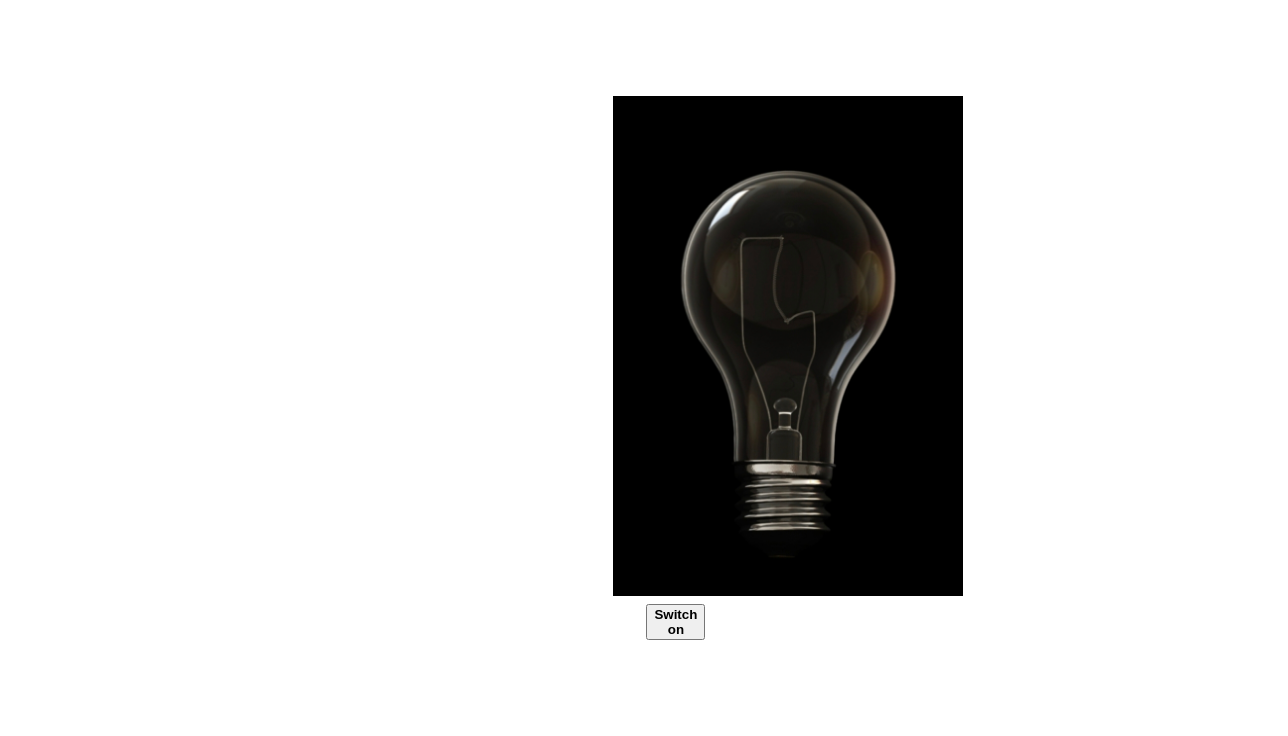
Repository: JunaidAnsari202/bulb
Page: index.html
The author's editor kept a copy of each file at every save. The page is drawn from the files as they stood at one save, then again after the next save.
The browser window is 1280 px wide. The page is 1288 px wide, so the pictures cover 1288 px, including what lies to the right of the window. The pictures show the whole page.

Above is the page before, as saved 2023-10-27 17:44:59.

### index.html
<!DOCTYPE html>
<html lang="en">
<head>
    <meta charset="UTF-8">
    <meta name="viewport" content="width=device-width, initial-scale=1.0">
    <title>Document</title>
    <link rel="stylesheet" href="style.css">
</head>
<body>
    <div><img id="bulb" src="img/off.jpg" alt="" class="bulb"></div>
   <div> <button id="btn" class="bttn">Switch on</button></div>
</body>

<script>
    let button=document.getElementById('btn')
    let bulb=document.getElementById('bulb')
    button.addEventListener('click',bulbs)
    function bulbs(e){
        if(button.textContent.includes('on')){
            bulb.src="img/off.jpg"
            button.textContent="Turn off"

        }
        else{
            bulb.src="img/on.jpg"
            button.textContent="Turn on"
        }
    }
   </script>
</html>

### style.css
body{
    width: 100vw;
    height: 100vh;
    background-color: #ffffff;
    overflow: hidden;
    display: flex;
    justify-content: center;
    align-items: center;
    flex-direction: column;
}

.bulb{
   margin-left: 40%;
    height: 500px;
    width: 350px;
}


.bttn{
    margin-top: 4%;
    margin-left: 48%;
    font-weight: 800;
}

After the next save:
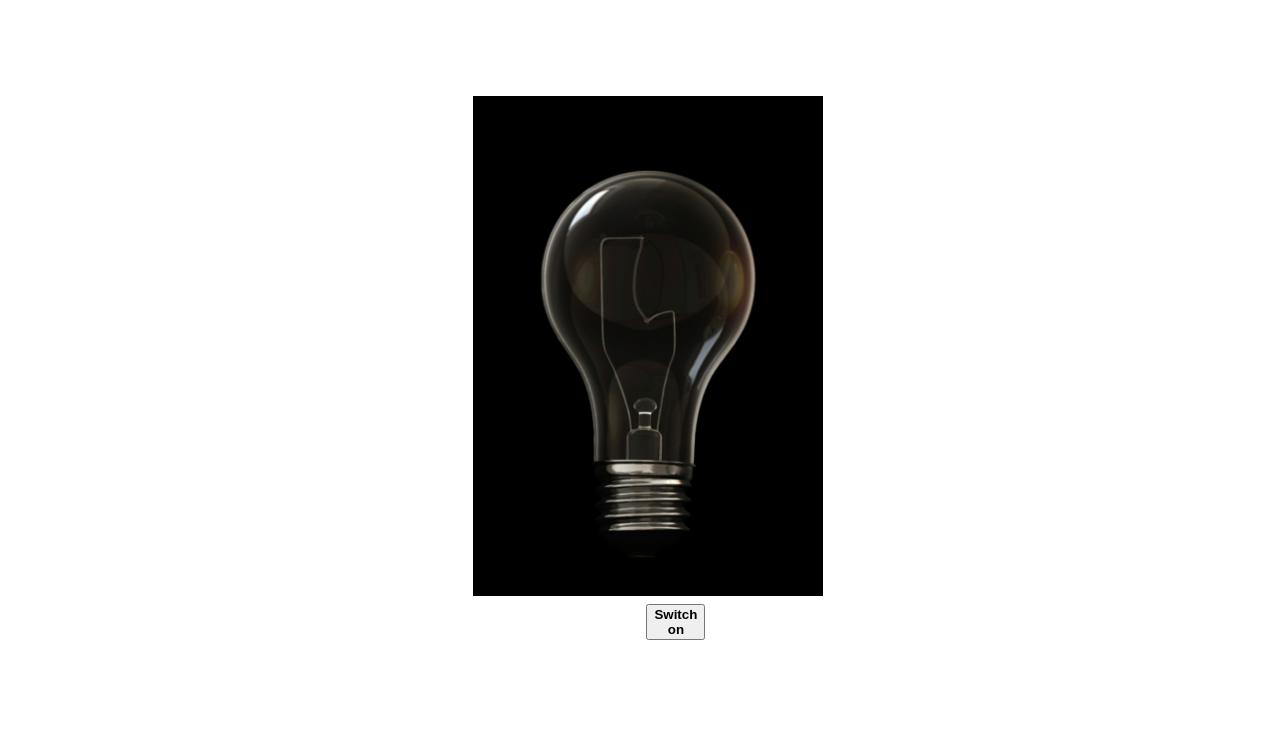
Saved 4 s later.
--- a/style.css
+++ b/style.css
@@ -10,7 +10,7 @@ body{
 }
 
 .bulb{
-   margin-left: 40%;
+   margin-left: ;
     height: 500px;
     width: 350px;
 }
